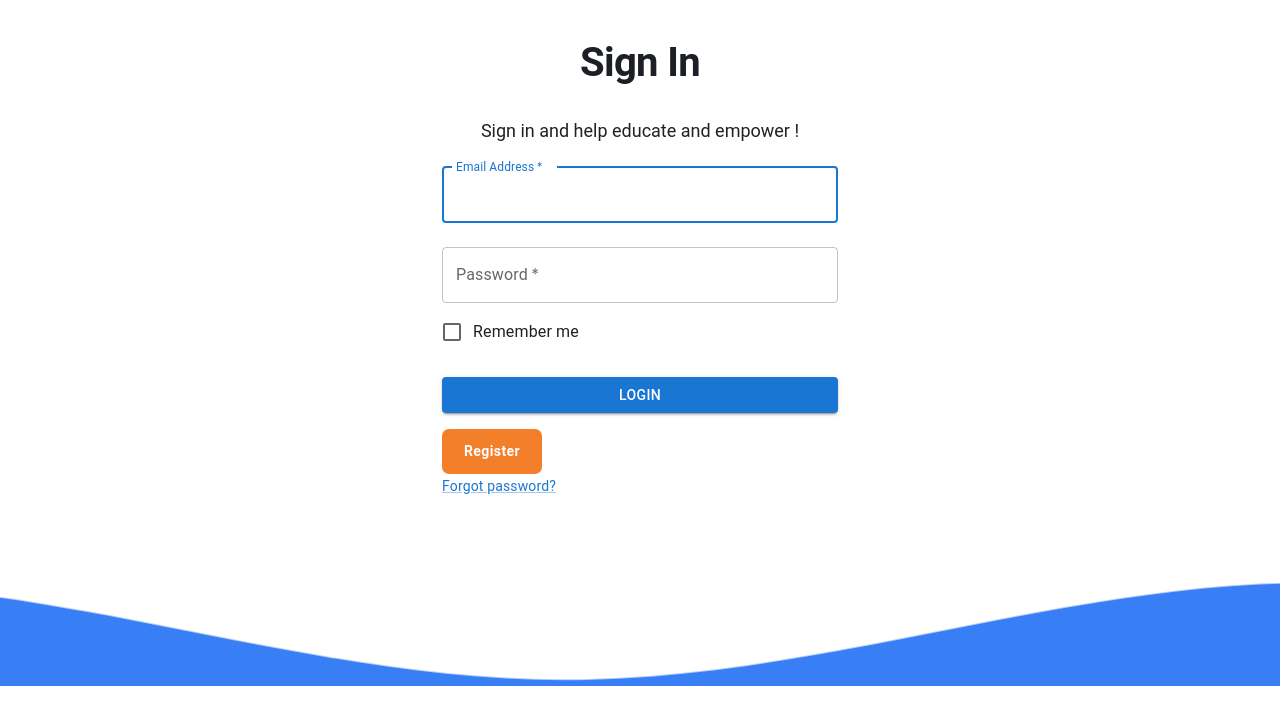
Repository: shubhampirate/Google_Solutions_Edural
Page: /
An editor plug-in stored every save of this project. The page is shown before and after the next save, followed by the edit.
The browser window is 1280 px wide. The pictures show the whole page.
The project was rebuilt for these pictures with package versions that can differ from the ones it lists, and the page was loaded fresh each time. Some packages were replaced by stand-ins written for this rebuild. Also part of the build but not shown: src/Components/Navbar.jsx, src/Components/Footer.jsx, src/Components/CongratsCard.jsx, src/pages/Hero/Hero.jsx.

Above is the page before, as saved 2024-02-02 20:40:40.

### src/App.jsx
import Hero from "./pages/Hero/Hero";
import SignIn from "./pages/Sign_in";
import {useState} from "react";
function App() {
  return (
    <>
      {/* <Hero />   */}
      <SignIn />
         </>
  );
}

export default App;

### src/pages/Sign_in.jsx
import * as React from 'react';
import Avatar from '@mui/material/Avatar';
import Button from '@mui/material/Button';
import CssBaseline from '@mui/material/CssBaseline';
import TextField from '@mui/material/TextField';
import FormControlLabel from '@mui/material/FormControlLabel';
import Checkbox from '@mui/material/Checkbox';
import Link from '@mui/material/Link';
import Grid from '@mui/material/Grid';
import Box from '@mui/material/Box';
import LockOutlinedIcon from '@mui/icons-material/LockOutlined';
import Typography from '@mui/material/Typography';
import Container from '@mui/material/Container';
import { createTheme, ThemeProvider } from '@mui/material/styles';
import { styled } from "@mui/material";
import Swal from 'sweetalert2';
import CustomButton from "../Components/CustomButton";
// import { useNavigate } from 'react-router-dom';

const defaultTheme = createTheme();

export default function SignIn() {

//   const navigate = useNavigate();

  const handleSubmit = (event) => {
    event.preventDefault();
    const data = new FormData(event.currentTarget);

    const searchData = {
      email: data.get('email'),
      password: data.get('password'),
    }
    console.log({
      email: data.get('email'),
      password: data.get('password'),
    });

    // fetch(`https://wixstocle.pythonanywhere.com/api/login/`, {
    //   method: 'POST',
    //   headers: {
    //     'Content-Type': 'application/json',
    //   },
    //   body: JSON.stringify(searchData),
    // }).then((response) => response.json())
    //   .then((data) => {
    //     // console.log(data);
    //     if (data.status == true) {
    //       Swal.fire({
    //         icon: 'success',
    //         title: 'Successfully Logged In',
    //         showConfirmButton: false,
    //         timer: 3000
    //       })
    //       navigate('/dashboard')
    //     }
    //     else {
    //       Swal.fire({
    //         icon: 'error',
    //         title: data.message,
    //         showConfirmButton: false,
    //         timer: 3000
    //       })
    //     }
    //   })
    //   .catch((error) => {
    //     // console.error(error);
    //   });

  };
  const Title = styled(Typography)(({ theme }) => ({
    fontSize: "40px",
    color: "#000336",
    fontWeight: "bold",
    textAlign: "center",
    margin: theme.spacing(4, 0, 4, 0),
    [theme.breakpoints.down("sm")]: {
      fontSize: "40px",
    },
  }));


  return (
    <ThemeProvider theme={defaultTheme}>
      <Container component="main" maxWidth="xs">
        <CssBaseline />
        <Box
          sx={{
            marginTop: 1,
            display: 'flex',
            flexDirection: 'column',
            alignItems: 'center',
          }}
        >

          <Title variant="h1" sx={{ color: "#1C1F25" }}>
            Sign In
          </Title>
          <Typography component="h2" variant="h5" sx={{ fontSize: "18px" }}>
            Sign in and help educate and empower !
          </Typography>
          <Box component="form" onSubmit={handleSubmit} noValidate sx={{ mt: 1 }}>
            <TextField
              margin="normal"
              required
              fullWidth
              id="email"
              label="Email Address"
              name="email"
              autoComplete="email"
              autoFocus
            />
            <TextField
              margin="normal"
              required
              fullWidth
              name="password"
              label="Password"
              type="password"
              id="password"
              autoComplete="current-password"
            />
            <FormControlLabel
              control={<Checkbox value="remember" color="primary" />}
              label="Remember me"
            />
            <Button
              type="submit"
              fullWidth
              variant="contained"
              sx={{ mt: 3, mb: 2 }}
            >
              Login
            </Button>
            <CustomButton
              backgroundColor="#F47F2A"
              color="#fff"
              buttonText="Register"
              heroBtn={true}
            />
            <Grid container>
              <Grid item xs>
                <Link href="#" variant="body2">
                  Forgot password?
                </Link>
              </Grid>

            </Grid>
          </Box>
        </Box>
      </Container>
      <div style={{ marginTop: "2.3rem", marginBottom: "-2rem" }}>
        <svg
          style={{
            position: 'relative',
            width: '100%',
            height: '21vh',
            //   marginBottom: '-7px',
            //   minHeight: '100px',
            //   maxHeight: '150px',
          }}
          xmlns="http://www.w3.org/2000/svg"
          xmlnsXlink="http://www.w3.org/1999/xlink"
          viewBox="0 24 150 28"
          preserveAspectRatio="none"
          shapeRendering="auto"
        >
          <defs>
            <path
              id="gentle-wave"
              d="M-160 44c30 0 58-18 88-18s 58 18 88 18 58-18 88-18 58 18 88 18 v44h-352z"
            />
          </defs>
          <g className="parallax">
            <use xlinkHref="#gentle-wave" x="48" y="0" fill="rgba(255,255,255,0.7)" />
            <use xlinkHref="#gentle-wave" x="48" y="3" fill="rgba(255,255,255,0.5)" />
            <use xlinkHref="#gentle-wave" x="48" y="5" fill="rgba(255,255,255,0.3)" />
            <use xlinkHref="#gentle-wave" x="48" y="7" fill="#387FF5" />
          </g>
        </svg>
        <style>
          {`
          .parallax > use {
            animation: move-forever 25s cubic-bezier(.55,.5,.45,.5) infinite;
          }
          .parallax > use:nth-child(1) {
            animation-delay: -2s;
            animation-duration: 7s;
          }
          .parallax > use:nth-child(2) {
            animation-delay: -3s;
            animation-duration: 10s;
          }
          .parallax > use:nth-child(3) {
            animation-delay: -4s;
            animation-duration: 13s;
          }
          .parallax > use:nth-child(4) {
            animation-delay: -5s;
            animation-duration: 20s;
          }
          @keyframes move-forever {
            0% {
              transform: translate3d(-90px,0,0);
            }
            100% {
              transform: translate3d(85px,0,0);
            }
          }
          @media (max-width: 768px) {
            .waves {
              height: 40px;
              min-height: 40px;
            }
          }
        `}
        </style>
      </div>

    </ThemeProvider>
  );
}

### src/Components/CustomButton.jsx
import { Button, styled } from "@mui/material";
import React from "react";

const CustomButton = ({
  backgroundColor,
  color,
  buttonText,
  heroBtn,
  guideBtn,
  getStartedBtn,
}) => {
  const CustomButton = styled(Button)(({ theme }) => ({
    backgroundColor: backgroundColor,
    color: color,
    fontWeight: "700",
    fontSize: "14px",
    cursor: "pointer",
    padding: "0.5rem 1.25rem",
    borderRadius: "7px",
    textTransform: "none",
    display: "block",
    border: "2px solid transparent",
    "&:hover": {
      backgroundColor: color,
      color: backgroundColor,
      borderColor: backgroundColor,
    },
    [theme.breakpoints.down("md")]: {
      margin: (heroBtn || getStartedBtn) && theme.spacing(0, "auto", 3, "auto"),
      width: (heroBtn || getStartedBtn) && "90%",
    },
    [theme.breakpoints.down("sm")]: {
      marginTop: guideBtn && theme.spacing(3),
      width: guideBtn && "90%",
    },
  }));

  return <CustomButton>{buttonText}</CustomButton>;
};

export default CustomButton;

Loaded but not shown: public/index.html (common file); src/index.js (common file); src/index.css (common file)

After the next save:
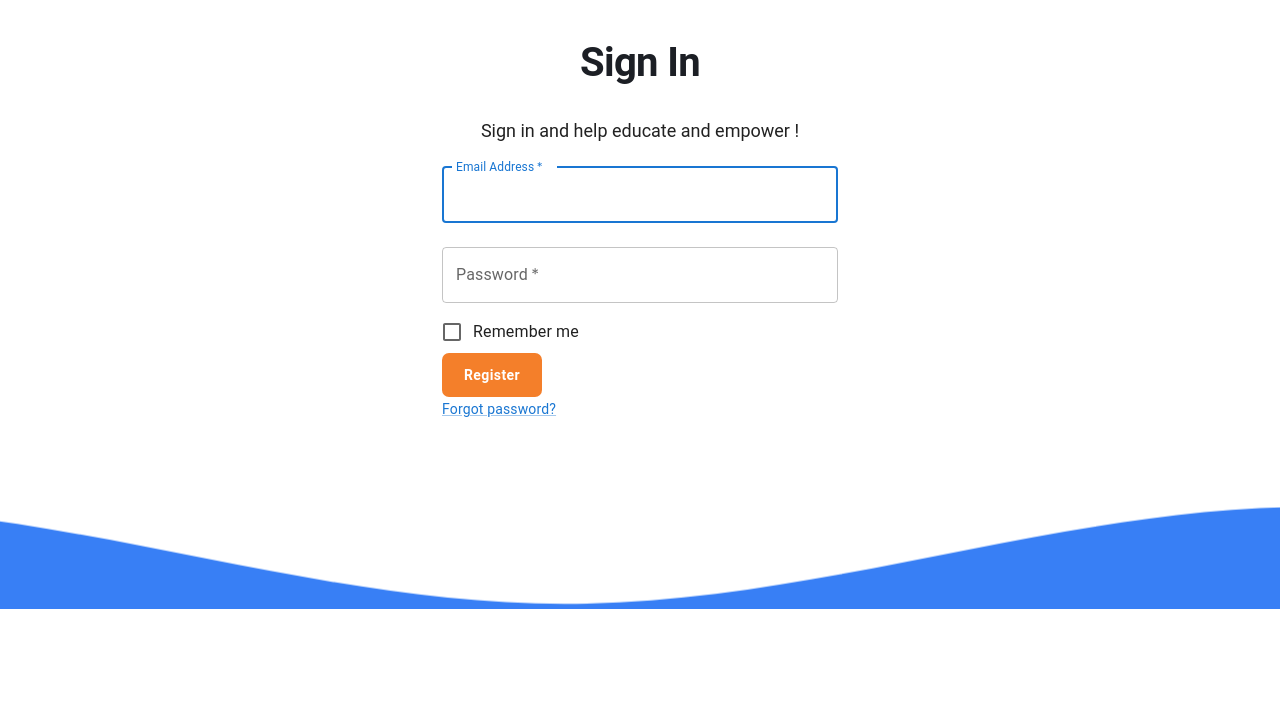
Saved 32 s later.
--- a/src/pages/Sign_in.jsx
+++ b/src/pages/Sign_in.jsx
@@ -124,15 +124,16 @@ export default function SignIn() {
               control={<Checkbox value="remember" color="primary" />}
               label="Remember me"
             />
-            <Button
+            {/* <Button
               type="submit"
               fullWidth
               variant="contained"
               sx={{ mt: 3, mb: 2 }}
             >
               Login
-            </Button>
+            </Button> */}
             <CustomButton
+            type="submit"
               backgroundColor="#F47F2A"
               color="#fff"
               buttonText="Register"
